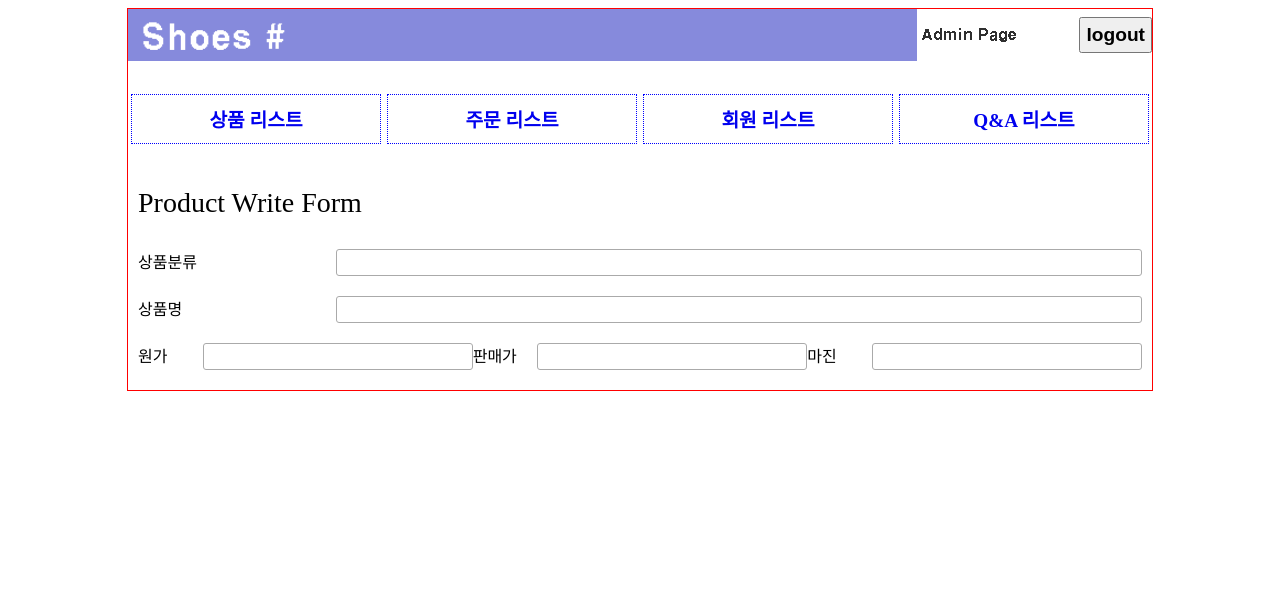
Repository: kkm41/SQL
Page: http://localhost/WEB12_ShoesShop/admin/product/productWrite.jsp
These files come from the project's save history. The page is drawn as it stood at one moment and after the next save; the edit follows.
The browser window is 1280 px wide. The pictures show the whole page.
The page is served by Tomcat 10.

Above is the page before, as saved 2024-05-23 07:14:04.

After the next save:
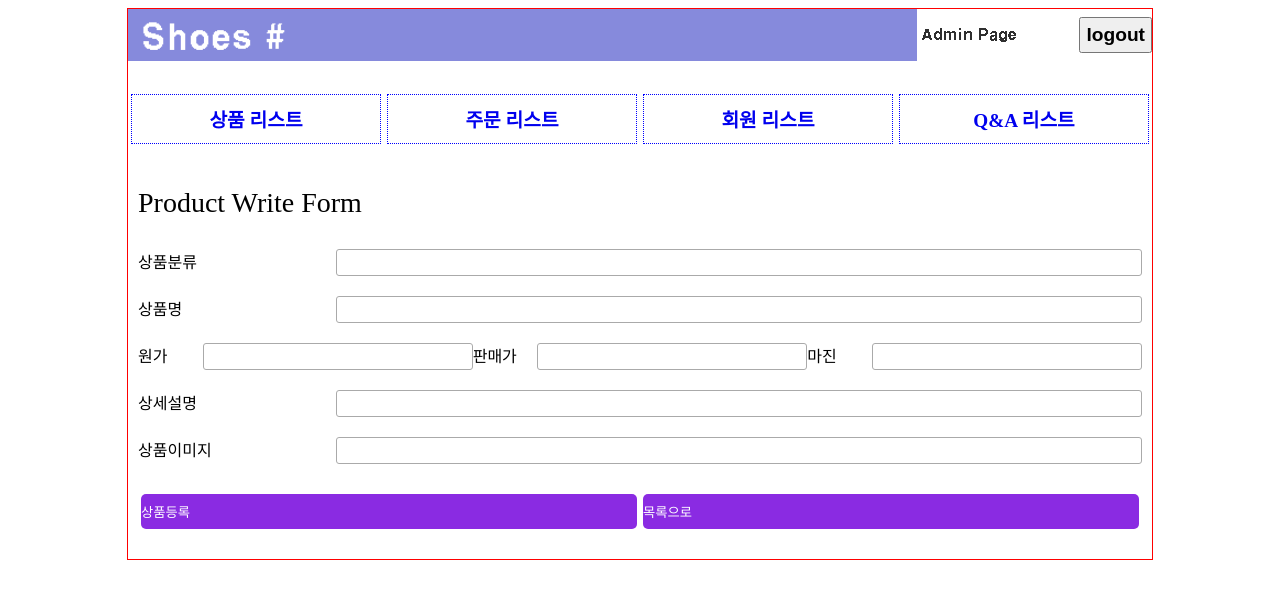
Saved 2 min 49 s later.
--- a/workspace/WEB12_ShoesShop/src/main/webapp/admin/product/productWrite.jsp
+++ b/workspace/WEB12_ShoesShop/src/main/webapp/admin/product/productWrite.jsp
@@ -22,7 +22,19 @@
 						<label>마진</label>
 						<input type="text" name=""/>
 					</div>
+					<div class="field">
+					<label>상세설명</label>
+						<input type="text" name=""/>
+					</div>
+					<div class="field">
+					<label>상품이미지</label>
+						<input type="text" name=""/>
+					</div>
+					<div class="btn">
+						<input type="btn" type="button" value="상품등록" onClick="go_save()">
+						<input type="btn" type="button" value="목록으로"
+						onClick="location.href='shop.do?command=adminProductList'">
 
-
-
-	</form>
+					</div>
+		</form>
+</article>
